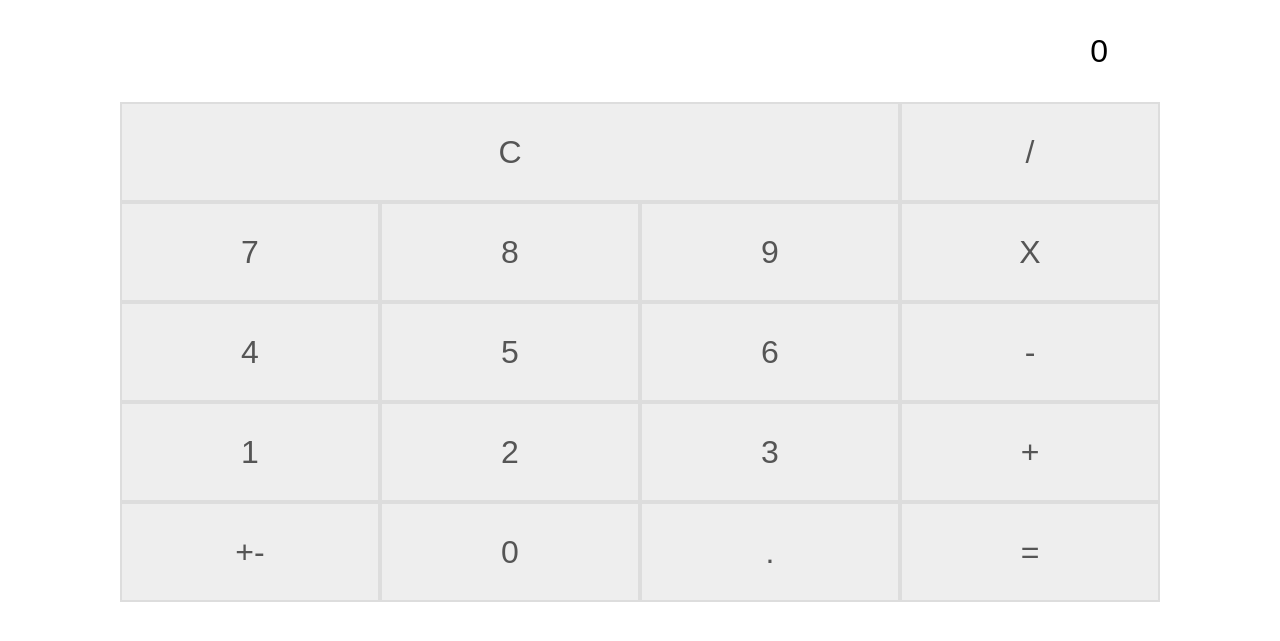
Repository: aaronmatei/react-calc
Page: /
The author's editor kept a copy of each file at every save. The page is drawn from the files as they stood at one save, then again after the next save.
The browser window is 1280 px wide. The pictures show the whole page.
The project was rebuilt for these pictures with package versions that can differ from the ones it lists, and the page was loaded fresh each time.

Above is the page before, as saved 2019-12-13 11:06:40.

### src/App.js
import React, { Component } from "react";
import Button from "./components/Button";
import "./App.css";
import "./css/styles.css";

class App extends Component {
	state = {
		current: "0",
		previous: [],
	};

	reset = () => {
		this.setState({ result: "0" });
	};
	addToCurrent = symbol => {
		this.setState({ current: this.state.current + symbol });
	};

	render() {
		const buttons = [
			{ symbol: "C", cols: 3, action: this.reset },
			{ symbol: "/", cols: 1, action: this.addToCurrent },
			{ symbol: "7", cols: 1, action: this.addToCurrent },
			{ symbol: "8", cols: 1, action: this.addToCurrent },
			{ symbol: "9", cols: 1, action: this.addToCurrent },
			{ symbol: "X", cols: 1, action: this.addToCurrent },
			{ symbol: "4", cols: 1, action: this.addToCurrent },
			{ symbol: "5", cols: 1, action: this.addToCurrent },
			{ symbol: "6", cols: 1, action: this.addToCurrent },
			{ symbol: "-", cols: 1, action: this.addToCurrent },
			{ symbol: "1", cols: 1, action: this.addToCurrent },
			{ symbol: "2", cols: 1, action: this.addToCurrent },
			{ symbol: "3", cols: 1, action: this.addToCurrent },
			{ symbol: "+", cols: 1, action: this.addToCurrent },
			{ symbol: "+-", cols: 1, action: this.addToCurrent },
			{ symbol: "0", cols: 1, action: this.addToCurrent },
			{ symbol: ".", cols: 1, action: this.addToCurrent },
			{ symbol: "=", cols: 1, action: this.addToCurrent },
		];
		return (
			<div className='App'>
				<input className='result' type='text' value={this.state.current} onChange={null} />

				{buttons.map((btn, idx) => {
					return (
						<Button key={idx} symbol={btn.symbol} cols={btn.cols} action={symbol => btn.action(symbol)} />
					);
				})}
			</div>
		);
	}
}

export default App;

### src/components/Button.jsx
import React, { Component } from "react";

class Button extends Component {
	render() {
		return (
			<div className={`column-${this.props.cols}`}>
				<button className='calc-button' onClick={() => this.props.action(this.props.symbol)}>
					{this.props.symbol}
				</button>
			</div>
		);
	}
}

export default Button;

### src/App.css
.App {
	text-align: center;
	align-items: center;
	padding-left: 120px;
	padding-right: 120px;
	margin-right: auto;
	margin-left: auto;
}

### src/css/styles.css
.column-3 {
	width: 75%;
	float: left;
}
.column-2 {
	width: 50%;
	float: left;
}
.column-1 {
	width: 25%;
	float: left;
}
button.calc-button {
	width: 100%;
	height: 100px;
	border: 2px solid #ddd;
	background: #eee;
	font-size: 32px;
	color: #555;
}

input.result {
	height: 100px;
	width: auto;
	border: none;
	text-align: right;
	font-size: 32px;
	position: relative;
	max-width: 100vw;
	margin-right: 50px;
	float: right;
}

Loaded but not shown: src/index.js (common file); src/index.css (common file); src/serviceWorker.js (common file)

After the next save:
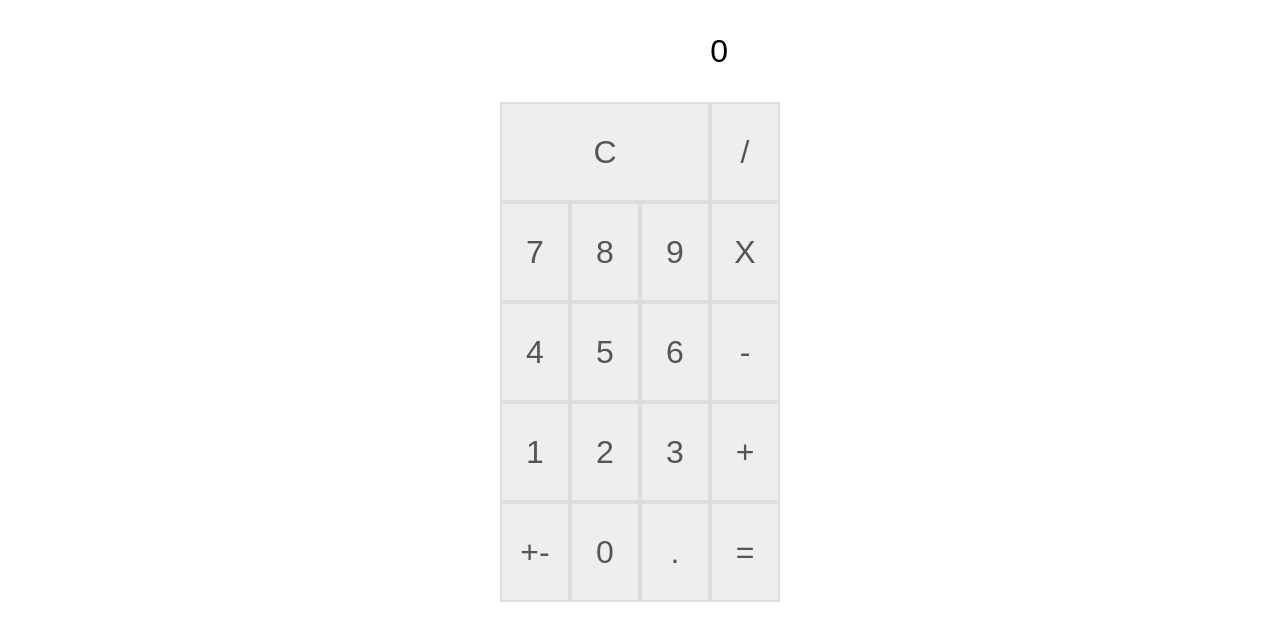
Saved 18 s later.
--- a/src/App.css
+++ b/src/App.css
@@ -1,8 +1,8 @@
 .App {
 	text-align: center;
 	align-items: center;
-	padding-left: 120px;
-	padding-right: 120px;
+	padding-left: 500px;
+	padding-right: 500px;
 	margin-right: auto;
 	margin-left: auto;
 }
